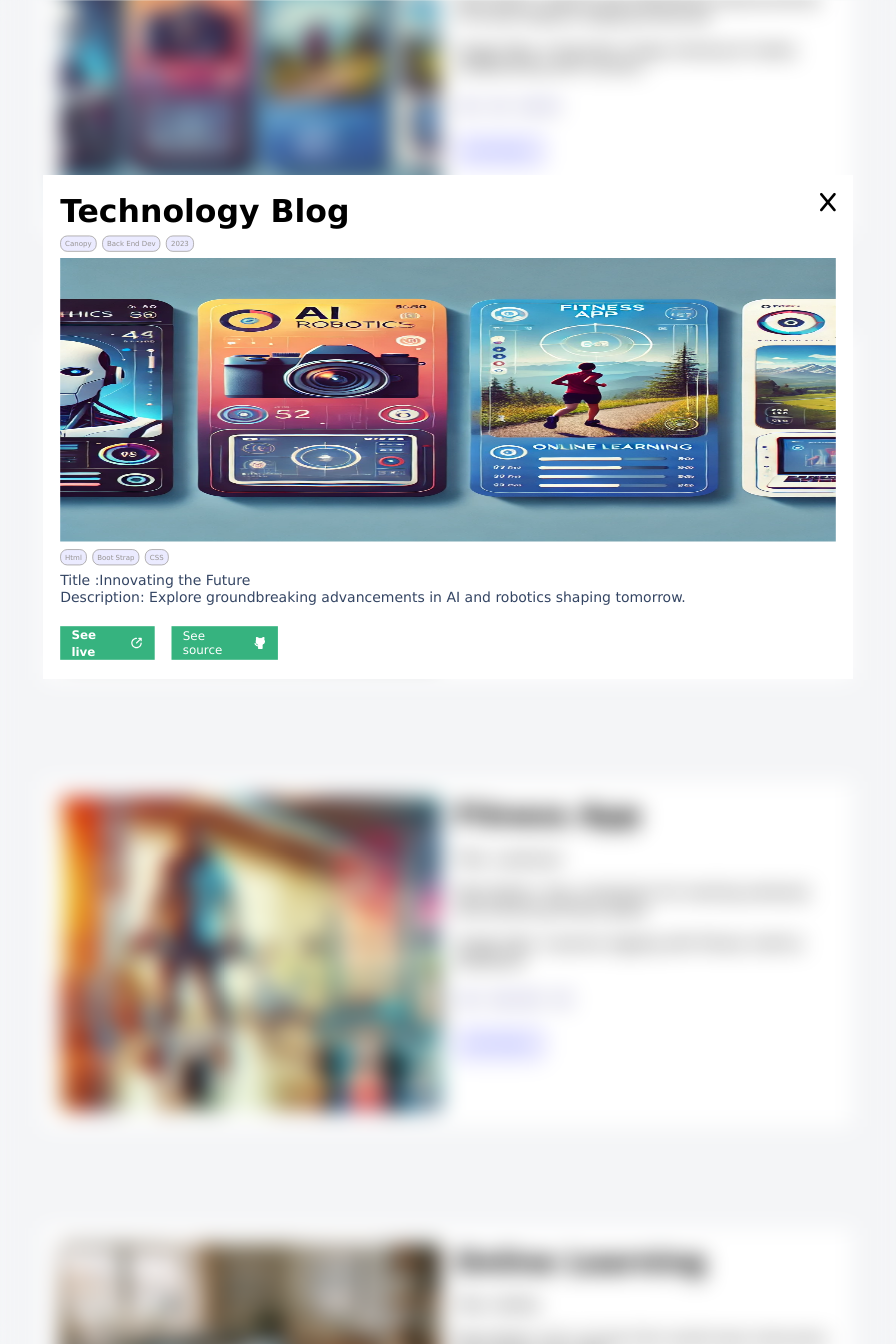
Repository: usman3123/portfolio-template-3
Page: index.html
An editor plug-in stored every save of this project. The page is shown before and after the next save, followed by the edit.
The browser window is 1280 px wide. The pictures show the part of the page from y = 1032 to 2952 px (the page is 4613 px tall), at 70% of full size.
Empty fields were first filled with sample values (such as "Sample", 5 or name@example.com).
After loading, the first visible `#cardbtn` was clicked once.
Some web libraries are served in a nearby version.

Above is the page before, as saved 2025-02-03 11:32:19.
Console error: TypeError: Cannot read properties of null (reading 'classList')

### index.html
<!DOCTYPE html>
<html lang="en">
<head>
  <meta charset="UTF-8">
  <meta name="viewport" content="width=device-width, initial-scale=1.0">
  <title>project 2</title>
  <link rel="stylesheet" href="style.css">
  <link href='https://unpkg.com/boxicons@2.1.4/css/boxicons.min.css' rel='stylesheet'>
  <link rel="stylesheet" href="https://cdnjs.cloudflare.com/ajax/libs/font-awesome/6.6.0/css/all.min.css" integrity="sha512-Kc323vGBEqzTmouAECnVceyQqyqdsSiqLQISBL29aUW4U/M7pSPA/gEUZQqv1cwx4OnYxTxve5UMg5GT6L4JJg==" crossorigin="anonymous" referrerpolicy="no-referrer" />
  <link rel="stylesheet" href="https://cdnjs.cloudflare.com/ajax/libs/font-awesome/6.6.0/css/all.min.css" integrity="sha512-Kc323vGBEqzTmouAECnVceyQqyqdsSiqLQISBL29aUW4U/M7pSPA/gEUZQqv1cwx4OnYxTxve5UMg5GT6L4JJg==" crossorigin="anonymous" referrerpolicy="no-referrer" />

  <link rel="stylesheet" href="https://cdnjs.cloudflare.com/ajax/libs/font-awesome/6.7.2/css/all.min.css">
  <link rel="preconnect" href="https://fonts.googleapis.com">
<link rel="preconnect" href="https://fonts.gstatic.com" crossorigin>
<link href="https://fonts.googleapis.com/css2?family=Poppins:ital,wght@0,100;0,200;0,300;0,400;0,500;0,600;0,700;0,800;0,900;1,100;1,200;1,300;1,400;1,500;1,600;1,700;1,800;1,900&display=swap" rel="stylesheet">
</head>

<body>
<section class="webpage">
  <!-- Navbar -->

 <div class="hero-page">
  <div class="header-div">
    <nav class="nav-bar flex">
        <h4 class="nav-heading">My Logo</h4>
        <div class="nav-links flex">
            <a href="#myportfolio" class="link">Portfolo</a>
            <a href="#myabout" class="link">About</a>
            <a href="#mycontact" class="link" >Contact</a>
        </div>
        <i class="fa-solid fa-light fa-bars fa-xl " id="nav-icon"></i>
    </nav>
</div>

  <!-- Main Content -->
  <section id="myportfolio" class="hero-section flex">
    <div class="hero-content flex">
        <h1 class="hero-head"> I'm USMAN!
          Glad to see you.
      </h1>
      <p class="hero-p">
         I'm a software developer! I can help you build a product , feature or website Look through  some of my work and experience! If you like what you see and have a project you need coded, don’t hesitate to contact me.
      </p>
     <p class="let-connect"> LET'S CONNECT</p>

      <div class="icons flex">
          <img src="/assets/twitter.png" class="media-icon">
          <img src="assets/Linkedin.png" class="media-icon">
          <img src="assets/M.png" class="media-icon">
          <img src="assets/Github.png" class="media-icon">
          <img src="assets/V.png" class="media-icon">
      </div>
    </div>
  </section>

 </div>
  <!-- Cards Section -->

  <div class="overlay">
    <section class="cards flex">

    </section>

  </div>

   <!-- ABOUT MYSELF -->

   <section id="myabout" class="about flex">

    <div class="about-intro flex">
      <h1 class="about-head">About Myself</h1>
      <p class="about-paragraph">Hello I'm a software developer! I can help you build a product , feature or website Look through some of my work and experience! If you like what you see and have a project you need coded, don't hesitate to contact me.</p>
        <p class="connect">Let's Connect</p>
        <div class="icons flex icon-gap">
          <img src="assets/twitter.png" class="twitter">
          <img src="assets/Linkedin.png" class="inimage">
          <img src="assets/M.png" class="mimage">
          <img src="assets/Github.png" class="tomimage">
          <img src="assets/V.png" class="protocol">
      </div>
      <button class="content-btn rsm-btn"> Get my resume</button>
    </div>

    <div class="about-skills flex">
      <div class="about-all flex">
        <p>Languages</p>
        <i class='bx bx-chevron-down'></i>
      </div>
      <div class="about-lang flex">
        <div class="about-lang-img flex">
          <i class="fa-brands fa-js sty-i" style="color: #ff0000;"></i>
          <p>JavaScript</p>
        </div>
        <div class="about-lang-img flex">
          <i class="fa-brands fa-html5 sty-i" style="color: #FFD43B;"></i>
          <p>Html</p>

        </div>
        <div class="about-lang-img flex">
          <i class="fa-brands fa-css3-alt sty-i" style="color: #74C0FC;"></i>
          <p>css</p>
        </div>
      </div>
      <div class="about-all flex">
        <p> Frameworks</p>
        <i class='bx bx-chevron-right'></i>
      </div>
      <div class="about-all flex">
        <p>Skills</p>
        <i class='bx bx-chevron-right'></i>
        </div>
        </div>
  </section>


  <!-- Contact section -->

    <section id="mycontact" class="contact-section flex">
    <h1 class="contact-heading">Contact Me</h1>
    <p class="contact-description flex">
        If you have an application you are interested in developing, a feature that you need built, or a project that needs coding, I'd love to help with it!
    </p>
    <form class="contact-form flex">
        <input class="form-input" type="text" placeholder="Your Name">
        <input class="form-input" type="email" placeholder="Your Email">
        <textarea class="form-message" placeholder="Write your message here..."></textarea>
        <button class="form-button flex">Get in Touch</button>
    </form>

</section>
</section>

<div class="container"></div>


<script src="index.js"></script>
</body>
</html>

### style.css
*{
    margin: 0;
    padding: 0;
    box-sizing: border-box;
}

body {
    font-family: Verdana, Geneva, Tahoma, sans-serif;
    background-color: #f4f5f7;
}


.flex {
    display: flex;
}

/* nav-bar */

.header-div {
    background-color: #3c3a39;
    width: 100%;
}

.nav-bar {
    justify-content: space-between;
    color: white;
    max-width: 1204px;
    align-items: center;
    padding: 10px 24px;
}

.nav-heading {
    font-size: 30px;
    padding-left: 120px;
}

.nav-links {
    gap: 40px;
    align-items: center;
    font-size: 25px;
    display: none;
}
.nav-icon {
    display: flex;
    width: 24px;
}



/* hero-section */

.hero-page {
    background-color: white;
    border-bottom-left-radius: 190px;
    background-image: url(/assets/Header\ bg@2x.png);
    background-size: contain;
    max-height: 846px;
    background-position: center;
    background-repeat: no-repeat;
    max-width: 1440px;
}
.hero-section {
    height: 846px;
    align-items: center;
    justify-content: center;
    padding-left: 20%;
}
.hero-content {
    flex-direction: column;
    gap: 20px;
}
.hero-head {
    font-size: 48px;
    font-weight: 700;
    width: 35%;
}

.hero-p {
    font-size: 25px;
    line-height: 28px;
    color: #344563;

    width: 73%;
}

.let-connect {
    color: #1d32f7;
    font-size: 20px;
    font-weight: 500;
    line-height: 24px;
}

.media-icon {
    height: 35px;
}

.icons {
    gap: 10px;
}

.nav-head {
    max-width: 1440px;
    width: 100%;
}
.enable {
    color: blue;
}
.link {
    color: white;
    text-decoration: none;
}

/* card-section */

.cards {
    flex-direction: column;
    align-items: center;
    gap:142px;
    padding: 24px;
    position: relative;
}
.card {
    background-color: white;
    max-width: 1156px;
    max-height: 496px;
    width: 100%;
    padding: 24px;
    gap: 20px;
}
.card-img {
    max-width: 544px;
    width: 50%;
    border-radius:8px ;
}

.card-content {
    flex-direction: column;
    gap: 24px;
}

.card-head {
    font-size: 40px;
    font-weight: 700;
    line-height: 52px;
}
#photo-content {
    font-size: 40px;
    font-weight: 700;
    line-height: 52px;
}
.content-p {
    font-size: 20px;
    font-weight: 400;
    line-height: 24px;
}
.content-sp {
    font-size: 20px;
    font-weight: 400;
    line-height: 24px;
}

.languages {
    gap: 8px;
    align-items: center;
}

.lang {
    padding: 4px 12px;
    color: #6070ff;
    background-color: #ebebff;
    border-radius: 10px;
}

.content-btn {
    max-width: 126px;
    width: 100%;
    padding: 4px 12px;
    color: #6070ff;
    background-color: #ebebff;
    border-radius: 10px;
    padding: 10px;
    border: 1px solid blue;
    font-size: 15px;
}

/* about-section */

.about {
    padding: 10%;
    gap: 30px;
}

.about-intro {
    flex-direction: column;
    max-width: 447px;
    max-height: 331px;
    gap: 10px;
}

.about-head {
    font-size: 30px;
    font-weight: 700;
    line-height: 52px;
}
.about-paragraph {
    font-size: 16px;
    line-height: 24px;
}
.connect {
    color: #6070ff;
    font-size: 25px;
}

.about-skills {
    max-width: 684px;
    flex-direction: column;
    width: 100%;
    gap: 20px;
}

.about-all {
    justify-content: space-between;
    font-size: 25px;
}
.about-lang {
    gap: 20px;
    padding: 12px;
}
.about-lang-img {
    flex-direction: column;
    gap: 12px;
}
.sty-i {
    font-size: 80px;
}
.about-lang-img > p {
    font-size: 25px;
}
.contact-section {
    flex-direction: column;
    align-items: center;
    gap: 24px;
    background-color: #6070ff;
    background-image: url(/assets/contact\ form\ background\ shapes@2x.png);
    background-size: contain;
    background-repeat: no-repeat;
    border-top-left-radius: 100px;
    padding: 100px 24px;
}
.contact-heading {
    font-size: 3rem;
    font-weight: 700;
    line-height: 5.2rem;
    color: white;
}
.contact-description {
    max-width: 569px;
    font-size: 1.5rem;
    text-align: center;
    color: white;
    max-height: 137px;

}
.contact-form {
    gap: 27px;
    flex-direction: column;
    max-width: 447px;
    width: 100%;
    align-items: center;
}

.form-input {
    padding: 15px 16px;
    background-color: white;
    color: black;
    font-size: 20px;
    width: 100%;
}
.form-message {
    color: black;
    font-size: 20px;
    padding: 15px 16px;
    height: 170px;
    width: 100%;
}
.form-button {
    padding: 12px 15px;
    color: blue;
    font-size: 17px;
    font-weight: 500;
    align-items: center;
    width: 130px;
}
html {
    font-size: 62.5%;
}

.container {
    max-width: 1156px;
    width: 100%;

}

.inner-container {
    padding: 24px;
    width: 100%;
    height: 100%;
    max-width: 1156px;
    max-height: 1163px;
    position: absolute;
    top: 228%;
    left: 50%;
    transform: translate(-50%,-50%);
    background-color: white;

}
.overlay {
    width: 100%;
    height: 100%;
    background: #f4f5f7;
    backdrop-filter: blur(8px);
}
.remove {
    display: none;
}

.blur {
    filter: blur(15px);
}
.heading > h2{
    align-items: center;
    justify-content: space-between;
}

.languages {
    gap: 8px;
}


.wrapimg {
    width: 100%;
    height: 60.3%;
    max-width: 1108px;
    max-height: 586px;
}

.p3 {
    display: none;
}

.paragraph {
    color: #344563;
    font-size: 2rem;
}

.btnimg {
    width: 20px;
    height: 20px;
}

.livebtn {
    width: 43.6%;
    height: 48px;
    gap: 20px;
    padding: 12px 16px;
    background-color: #36B37F;
    color: white;
    font-size: 17px;
    align-items: center;
}

.sourcebtn {
    width: 49%;
    height: 48px;
    gap: 20px;
    padding: 12px 16px;
    background-color: #36B37F;
    color: white;
    font-size: 17px;
    align-items: center;
}

.livebtn > p {
    font-size: 1.7rem;
    line-height: 2.4rem;
    font-weight: 700;
}

.buttons {
    width: 311px;
    height: 56px;
    gap: 24px;
    margin-top: 30px;
}

.btnimg {
    filter: brightness(0) invert(1);
}

.languages {
    padding: 9px 0;
}

.heading > h2 {
    font-size: 32px;
    line-height: 44px;
}
.icon-head {
    justify-content: space-between;
    font-size: 3rem;
}
.lang {
    font-size: 1rem;
    color: #979493;
    padding: 5px 6px;
    border: 1px solid #979493;
}

.style {
    position: fixed;
}

@media (max-width :600px) {
    .p1 {
     display: none;;
    }

    .p2 {
        display: none;
    }

    .p3 {
        display: block;
    }

    .wrap {
        flex-direction: column;
        padding-top: 20px;
    }

    .wrapimg {
        width: 100%;
        height: 29.3%;
        max-width: 872px;
        max-height: 616px;
    }

}








@media (max-width : 1100px) {
    .hero-head {
        width: 53%;
    }
    .card-head {
        font-size: 2rem;
    }
    #photo-head {
        font-size: 27px;
    }
    .content-p {
        font-size: 15px;
    }
    .content-sp {
        font-size: 15px;
        display: none;
    }
    .card-content {
        gap: 20px;
    }

}
@media (max-width :870px) {
    .card {
        flex-direction: column;
        max-height: 552px;
        padding: 16px;
    }
    .card {
        max-width: 327px;
    }
    .about {
        flex-direction: column;
    }
    .nav-heading {
        padding-left: 0px;
    }


}
@media (max-width : 870px) {
    .hero-head {
        width: 100%;
    }
    .hero-section {
        padding: 24px;
    }
    .hero-p {
        width: 100%;
    }
    .card-img {
        width: 100%;
        height: 18vh;
    }
    .card-content {
        gap: 2px;
    }
}
@media (min-width : 700px) {
    .nav-links {
        display: flex;
    }
    #nav-icon {
        display: none;
    }

}
@media (min-width : 1441px) {
    .card-content {
        gap: 30px;
    }
}

### index.js
arr = [
    {
        img : "/assets/card-1img.webp",
        h2 : "Technology Blog",
        paragraph1 : "Title :Innovating the Future",
        p_description : "Description: Explore groundbreaking advancements in AI and robotics shaping tomorrow.",
        paragraph2 :"Image Idea: A futuristic image showing AI robots collaborating with humans.",
        lang1 : "Html",
        lang2 : "CSS",
        lang3 : "JavaScript",
        lang5 : "Boot Strap",
        button : "See Project",
        year : "2023",
        cardimg : "/assets/card-1img.webp"
    },
    {
        img : "/assets/card-2img.webp",
        h2 : "Photography Portfolio",
        paragraph1 : "Title: Lens Stories",
        p_description : "Description: A collection of awe-inspiring moments captured around the globe.",
        paragraph2 :"Image Idea: A scenic view of mountains or a person with a camera.",
        lang1 : "Html",
        lang2 :"Ruby on Rails",
        lang3 : "CSS",
        lang4 : "JavaScript",
        lang5 : "Boot Strap",
        button : "See Project",
        year : "2024",
        cardimg :"/assets/card-2img.webp"
    },
    {
        img : "/assets/card-3img.webp",
        h2 : "Fitness App",
        paragraph1 : "Title: oveSmart",
        p_description :"Description: Your companion for tracking workouts and achieving fitness goals.",
        paragraph2 :"Image Idea: A person jogging with fitness metrics displayed.",
        lang1 : "Html",
        lang2 :"Ruby on Rails",
        lang3 : "CSS",
        lang4 : "JavaScript",
        lang5 : "Boot Strap",
        button : "See Project",
        year : "2025",
        cardimg : "/assets/card-3img.webp"
    },
    {
        img : "/assets/card-4img.webp" ,
        h2 : "Online Learning",
        paragraph1 : "Title: Skillify",
        p_description : "Description: Join courses from world-class instructors and master new skills.",
        paragraph2 :"Image Idea: A laptop with an open notebook and a student studying.",
        lang1 : "Html",
        lang2 :"Ruby on Rails",
        lang3 : "CSS",
        lang4 : "JavaScript",
        lang5 : "Boot Strap",
        button : "See Project",
        year : "2025",
        cardimg :"/assets/card-4img.webp"
    }
]

const cards = document.querySelector(".cards");
const body = document.querySelector("body");
const overlay = document.querySelector(".overlay");
const page = document.querySelector("container")

arr.forEach((element) => {
    cards.innerHTML += `<div class="card flex">
      <img class="card-img" src= ${element.img} alt="CARD_!_IMG">
      <div class="card-content flex">
        <h2 class="card-head">${element.h2}</h2>
        <p class="content-p">${element.paragraph1}</p>
        <p class="content-sp">${element.p_description}</p>
        <p class="content-p">${element.paragraph2}</p>
        <div class="languages flex">
          <p class="lang">${element.lang1}</p>
          <p class="lang">${element.lang2}</p>
          <p class="lang">${element.lang3}</p>
        </div>
        <button id = "cardbtn" class="content-btn">${element.button}</button>
      </div>
    </div>
`
});
document.querySelectorAll("#cardbtn").forEach((btn, index) => {
  btn.addEventListener("click", () => {
    popup(arr[index]);
    overlay.classList.add("blur");
    page.classList.add("style")
  });
});
function popup(element) {
  const popup = document.querySelector(".container");
    popup.innerHTML =
      `<div class="inner-container">
    <div class="icon-head flex">
        <h2 class="heading flex">${element.h2}</h2>
        <i class="fa-solid fa-x" id = "close-popup" ></i>
    </div>
    <div class="languages flex">
        <p class="lang">Canopy</p>
        <p class="lang">Back End Dev</p>
        <p class="lang">${element.year}</p>
    </div>
    <img src= ${element.cardimg} class="wrapimg">
    <div class="languages flex">
        <p class="lang">${element.lang1}</p>
        <p class="lang">${element.lang5}</p>
        <p class="lang">${element.lang2}</p>
    </div>

    <div class="paragraph">
        <p class="p1">${element.paragraph1}</p>
        <p class="p2">${element.p_description}</p>
        <p class="p3">${element.paragraph2}</p>
    </div>

    <div class="buttons flex">
        <div class="livebtn flex">
            <p>See live</p>
            <img src="/assets/Icon - Export.svg" class="btnimg">
        </div>
        <div class="sourcebtn flex">
            <p>See source</p>
            <img src="/assets/Icon -GitHub.png" class="btnimg">
        </div>
    </div>

    </div>`;

    document.querySelector("#close-popup").addEventListener("click", () => {
      popup.style.display = "none";
      overlay.classList.remove("blur");
    });
  }









{/* <div class="inner-container">
<div class="icon-head flex">
    <h2 class="heading flex">Tonic</h2>
    <i class="fa-solid fa-x" ></i>
</div>
<div class="languages flex">
    <p class="lang">Canopy</p>
    <p class="lang">Back End Dev</p>
    <p class="lang">2015</p>
</div>
<img src="/assets/Snapshoot Portfolio.png" class="wrapimg">
<div class="languages flex">
    <p class="lang">HTML</p>
    <p class="lang">Bootstrap</p>
    <p class="lang">Ruby on rails</p>
</div>

<div class="paragraph">
    <p class="p1">Lorem Ipsum is simply dummy text of the printing and typesetting industry. Lorem Ipsum has been the industry's standard dummy text ever since the 1500s, when an unknown printer took a galley of type and scrambled it 1960s.</p>
    <p class="p2">Lorem Ipsum is simply dummy text of the printing and typesetting industry. Lorem Ipsum has been the industry's standard dummy text ever since the 1500s, when an unknown printer took a galley of type and scrambled it 1960s with the releax map lapora verita.</p>
    <p class="p3">Lorem Ipsum is simply dummy text of the printing and typesetting industry. Lorem Ipsum has been the industry's standard dummy text ever since the 1500s, when an unknown printer took a galley of type and scrambled it to make a type specimen book. It has survived not only five centuries, but also the leap into electronic typesetting, remaining essent</p>
</div>

<div class="buttons flex">
    <div class="livebtn flex">
        <p>See live</p>
        <img src="/assets/Icon - Export.svg" class="btnimg">
    </div>
    <div class="sourcebtn flex">
        <p>See source</p>
        <img src="/assets/Icon -GitHub.png" class="btnimg">
    </div>
</div>

</div>
 */}














/* <div class="card flex">
      <img class="card-img" src="/assets/card-1img.webp" alt="CARD_!_IMG">
      <div class="card-content flex">
        <h2 class="card-head">Technology Blog</h2>
        <p class="content-p">Title: "Innovating the Future"</p>
        <p class="content-sp">Description: "Explore groundbreaking advancements in AI and robotics shaping tomorrow."</p>
        <p class="content-p">Image Idea: A futuristic image showing AI robots collaborating with humans.</p>
        <div class="languages flex">
          <p class="lang">Html</p>
          <p class="lang">CSS</p>
          <p class="lang">JavaScript</p>
        </div>
        <button class="content-btn">See Project</button>
      </div>
    </div>
    <div class="card flex">
      <img class="card-img" src="/assets/card-2img.webp" alt="CARD_!_IMG">
      <div class="card-content flex">
        <h2 id="photo-head">Photography Portfolio</h2>
        <p class="content-p">Title: "Lens Stories"<p>
        <p class="content-sp">Description: "A collection of awe-inspiring moments captured around the globe."</p>
        <p class="content-p">Image Idea: A scenic view of mountains or a person with a camera.
        </p>
        <div class="languages flex">
          <p class="lang">Html</p>
          <p class="lang">Ruby on Rails</p>
          <p class="lang">CSS</p>
          <p class="lang">JavaScript</p>
        </div>
        <button class="content-btn">See Project</button>
      </div>
    </div>
    <div class="card flex">
      <img class="card-img" src="/assets/card-3img.webp" alt="CARD_!_IMG">
      <div class="card-content flex">
        <h2 class="card-head">Fitness App</h2>
        <p class="content-p">Title: "MoveSmart"<p>
        <p class="content-sp">Description: "Your companion for tracking workouts and achieving fitness goals."</p>
        <p class="content-p">Image Idea: A person jogging with fitness metrics displayed.</p>
        <div class="languages flex">
          <p class="lang">Html</p>
          <p class="lang">Ruby on Rails</p>
          <p class="lang">CSS</p>
          <p class="lang">JavaScript</p>
        </div>
        <button class="content-btn">See Project</button>
      </div>
    </div>
    <div class="card flex">
      <img class="card-img" src="/assets/card-4img.webp" alt="CARD_!_IMG">
      <div class="card-content flex">
        <h2 class="card-head">Online Learning</h2>
        <p class="content-p">Title: "Skillify"p>
        <p class="content-sp">Description: "Join courses from world-class instructors and master new skills."</p>
        <p class="content-p">Image Idea: A laptop with an open notebook and a student studying.</p>
        <div class="languages flex">
          <p class="lang">Html</p>
          <p class="lang">Ruby on Rails</p>
          <p class="lang">CSS</p>
          <p class="lang">JavaScript</p>
        </div>
        <button class="content-btn">See Project</button>
      </div>
    </div> */

After the next save:
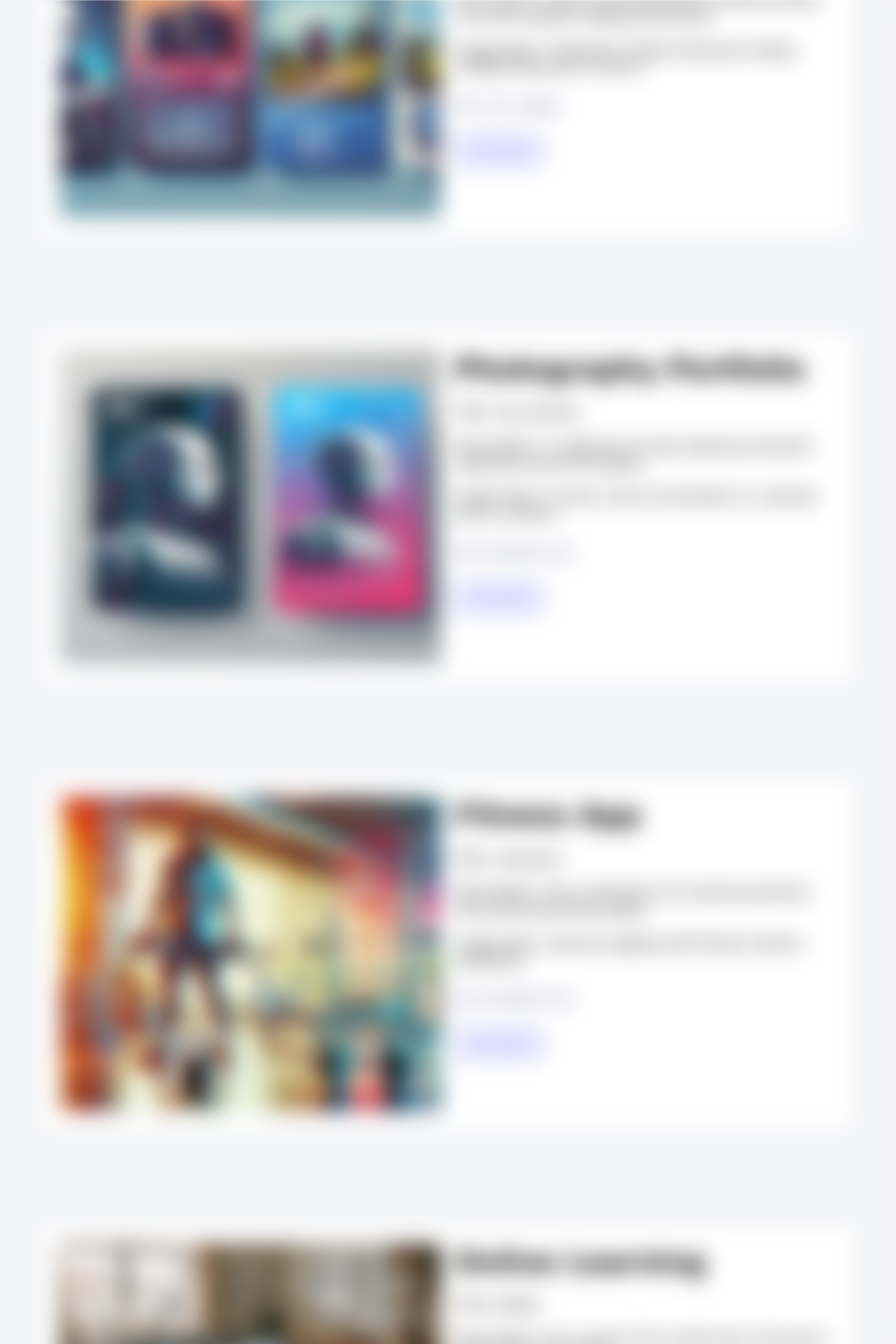
The error is gone.
Saved 2 min 11 s later.
--- a/index.js
+++ b/index.js
@@ -83,11 +83,13 @@ arr.forEach((element) => {
     </div>
 `
 });
-document.querySelectorAll("#cardbtn").forEach((btn, index) => {
-  btn.addEventListener("click", () => {
-    popup(arr[index]);
-    overlay.classList.add("blur");
-    page.classList.add("style")
+document.addEventListener("DOMContentLoaded", () => {
+  document.querySelectorAll(".content-btn").forEach((btn, index) => {
+      btn.addEventListener("click", () => {
+          popup(arr[index]);
+          overlay.classList.add("blur");
+          document.querySelector(".container").classList.add("style");
+      });
   });
 });
 function popup(element) {
